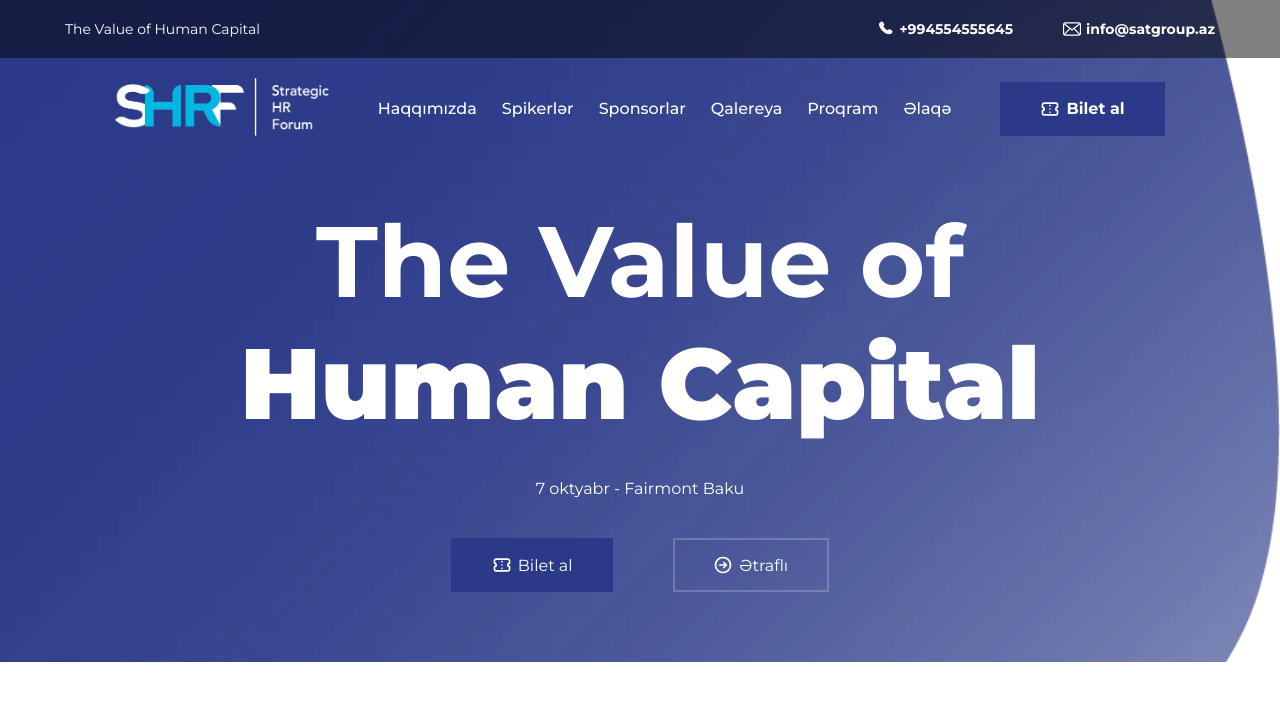
Repository: allahverdiyevabdulhasan/shrf
Page: /
The author's editor kept a copy of each file at every save. The page is drawn from the files as they stood at one save, then again after the next save.
The browser window is 1280 px wide. The pictures show the whole page.
The project was rebuilt for these pictures with package versions that can differ from the ones it lists, and the page was loaded fresh each time. Also part of the build but not shown: vite.config.js, src/App.css.

Above is the page before, as saved 2024-08-16 11:34:09.

After the next save:
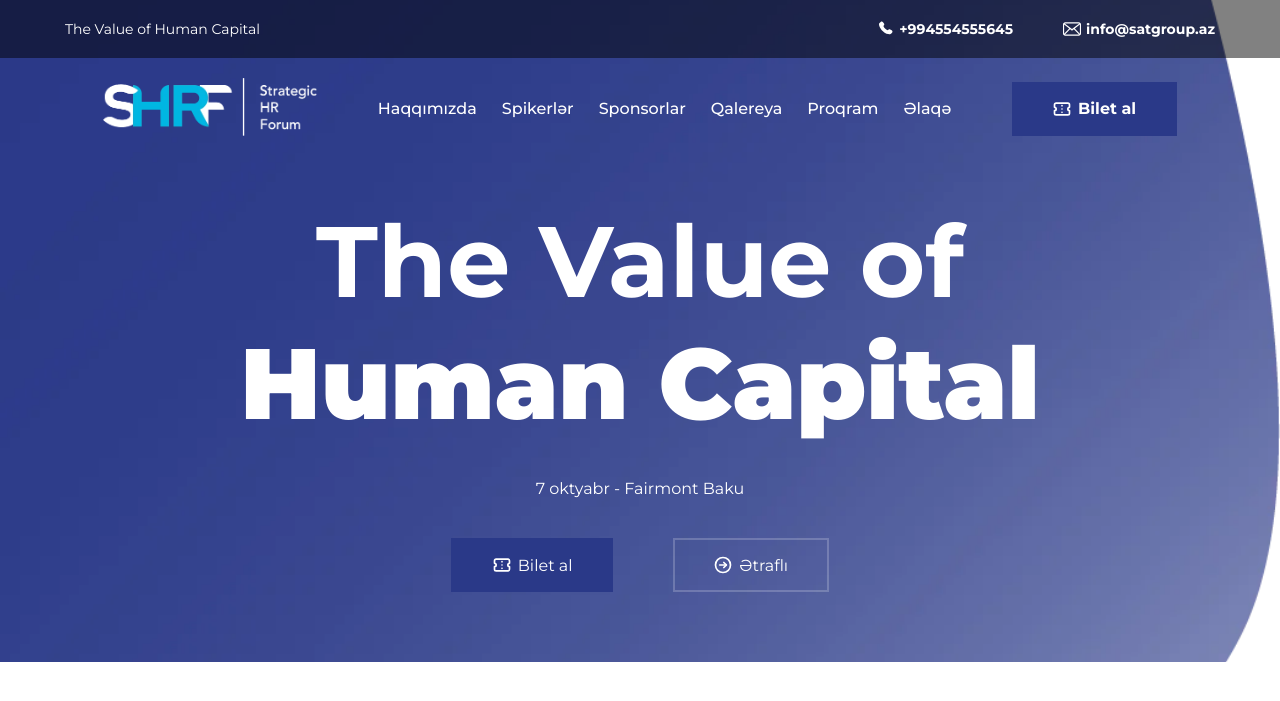
Saved 73 s later.
--- a/src/components/Header/style.module.css
+++ b/src/components/Header/style.module.css
@@ -57,7 +57,7 @@ header {
 
 .header__items {
     display: flex;
-    padding: 20px 50px;
+    padding: clamp(10px, 3vw, 20px) clamp(25px, 3vw, 50px);
     align-items: center;
     justify-content: space-between;
 
